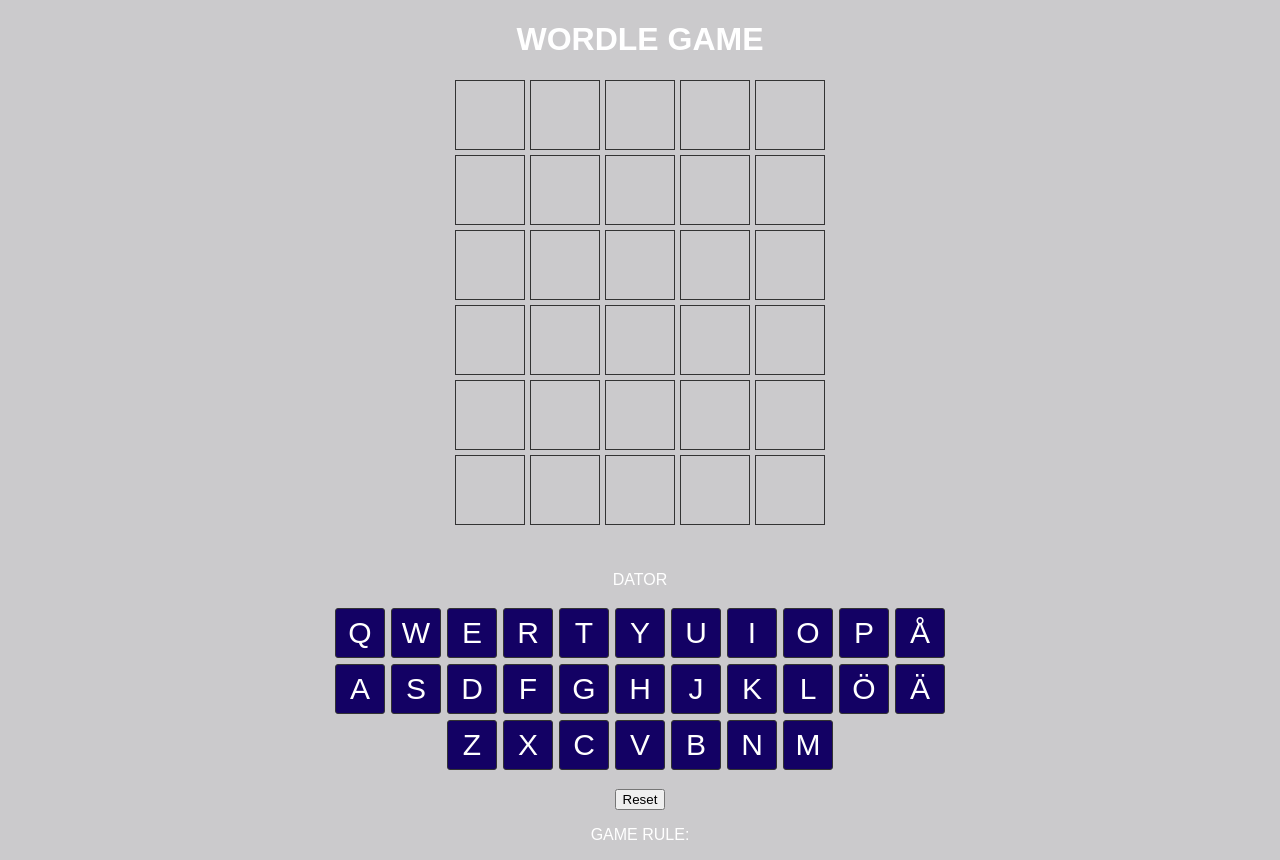
Repository: KarimIsaac/WorldeGame
Page: index.html
An editor plug-in stored every save of this project. The page is shown before and after a run of saves, followed by the edit.
The browser window is 1280 px wide. The pictures show the whole page.

Above is the page before, as saved 2022-03-13 08:54:50.

After the next 2 saves:
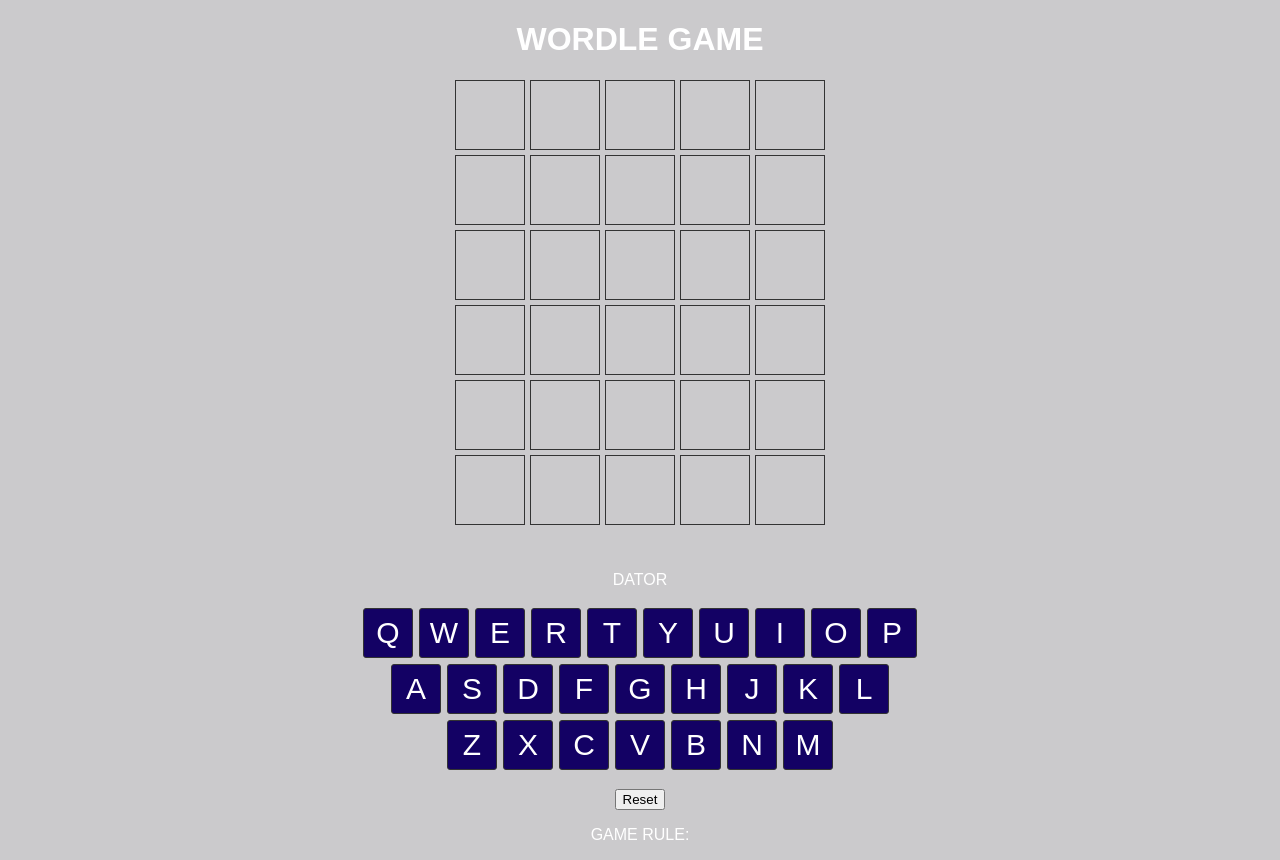
The 2 saves are shown as one change because they came seconds apart.
The last was saved 75 s later.
--- a/script.js
+++ b/script.js
@@ -31,8 +31,8 @@ function drawGrid() {
 function drawKeyboard() {
   keyboard.innerHTML = "";
 
-  renderKeyboardRow("qwertyuiopå");
-  renderKeyboardRow("asdfghjklöä");
+  renderKeyboardRow("qwertyuiop");
+  renderKeyboardRow("asdfghjkl");
   renderKeyboardRow("zxcvbnm");
 }
 
